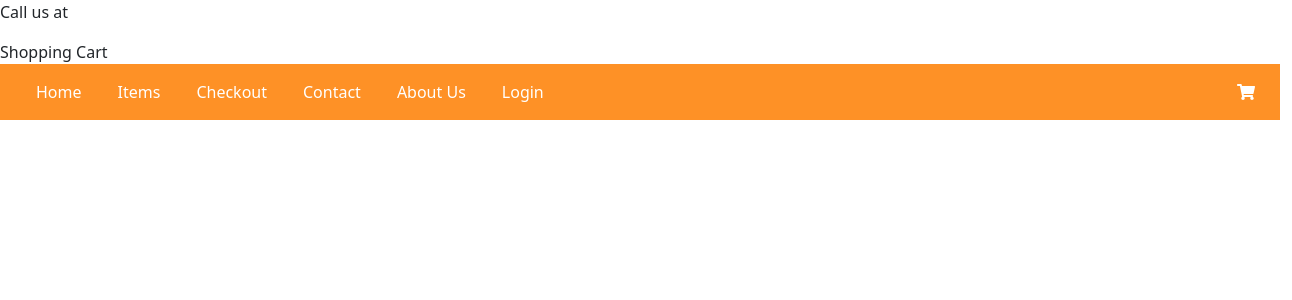
Repository: SaudCh/React-Ecommerce
Page: /login
These files come from the project's save history. The page is drawn as it stood at one moment and after the next save; the edit follows.
The browser window is 1280 px wide. The page is 1292 px wide, so the pictures cover 1292 px, including what lies to the right of the window. The pictures show the whole page.
The project was rebuilt for these pictures with package versions that can differ from the ones it lists, and the page was loaded fresh each time. Also part of the build but not shown: src/App.css.

Above is the page before, as saved 2021-12-05 12:32:25.

After the next save:
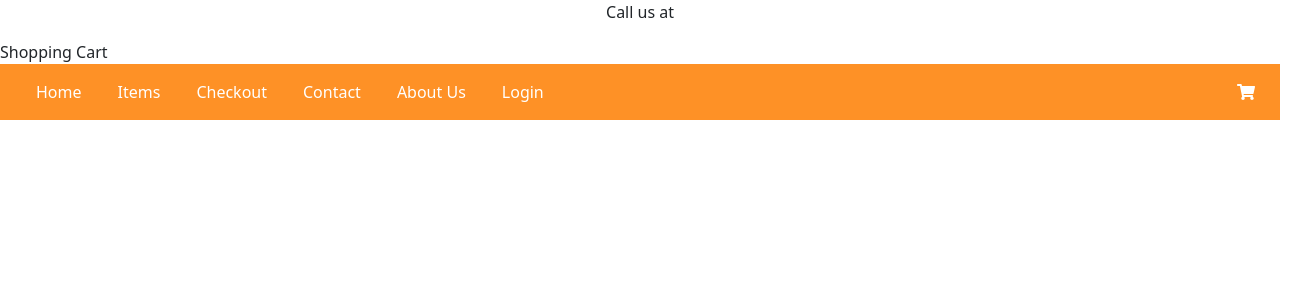
Saved 8 s later.
--- a/src/Header/Header.jsx
+++ b/src/Header/Header.jsx
@@ -9,7 +9,7 @@ export default function Header() {
     <div>
       <nav className="cotainer-fluid">
         <div className="row">
-          <div className="col-12">
+          <div className="col-12 text-center">
             <p>Call us at </p>
           </div>
           <div className="col-12">Shopping Cart</div>
